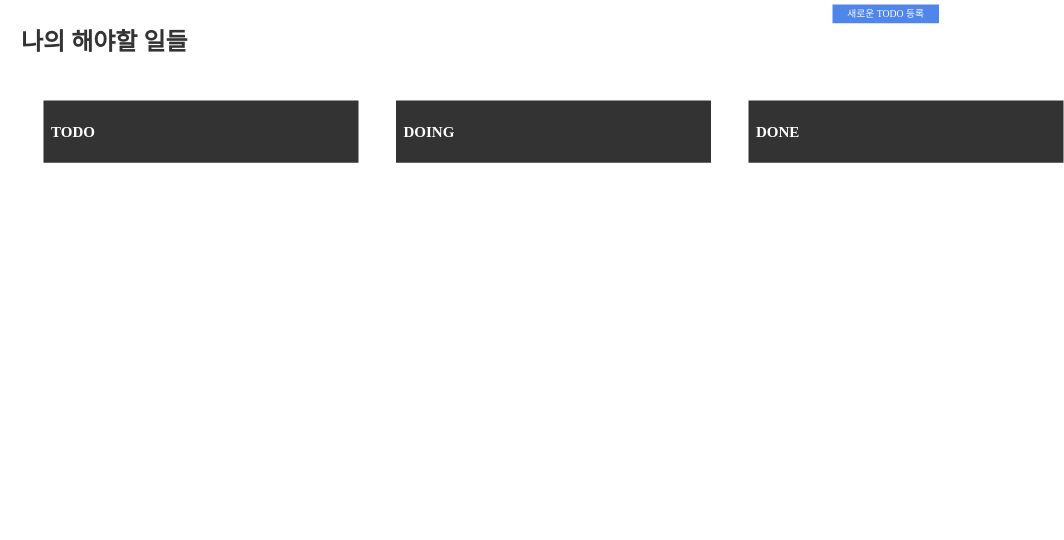
Repository: estellechoi/jsp-project-todo
Page: http://localhost/todo/MainServlet
An editor plug-in stored every save of this project. The page is shown before and after the next save, followed by the edit.
The browser window is 1280 px wide. The page is 1418 px wide, so the pictures cover 1418 px, including what lies to the right of the window. The pictures show the whole page, at 75% of full size.
The page is served by Tomcat 9. Other server files are loaded and not shown. Queries for data that is not in the repository find no rows.

Above is the page before, as saved 2019-12-08 07:39:15.

### todo/src/main/webapp/jsp/main.jsp
<%@page import="kr.co.todo.dto.TodoDto"%>
<%@page import="java.util.List"%>
<%@ page language="java" contentType="text/html; charset=UTF-8"
    pageEncoding="UTF-8"%>
<%@ taglib prefix="c" uri="http://java.sun.com/jsp/jstl/core" %>

<!DOCTYPE html>
<html>
<head>
<meta charset="UTF-8">
<title>나의 해야할 일들</title>
<style>
	section {
		display: flex;
	}

	ul {
		margin-left: 10px;
	}

	li {
		list-style-type: none;
		margin-top: 10px;
	}


	header {
		height: 100px;
		padding: 0px 20px;
	}

	#header_logo {
		color: #333333;
		font-weight: bold;
		float: left;
	}

	#header_btns {
		float: right;
	}

	#btn_skyblue_white {
		background: #5085EB;
		color: white;
		padding: 5px 20px;
		text-decoration: none;
		font-size: 13px;
	}

	.type_columns {
		width: 400px;
		padding: 30px 10px;
		background: #333333;
		color: white;
		font-size: 20px;
		font-weight: bold;
	}

	.content_list {
		position: relative;
		width: 400px;
		padding: 20px 10px;
		background: #d2d2d2;
		color: #333333;
	}

	.title {
		font-weight: bold;
		letter-spacing: 2px;
	}

	.content {
		font-size: 13px;
		margin-top: 20px;
	}
	.btn_update {
		position: absolute;
		top: 50px;
		left: 370px;
		text-decoration: none;
		color: #333333;
		font-weight: bold;
	}
	.btn_delete {
		position: absolute;
		top: 50px;
		left: 370px;
		text-decoration: none;
		color: #ED6653;
		font-weight: bold;
	}

</style>
</head>
<body>
	<header>
		<h1 id="header_logo">나의 해야할 일들</h1>
		<nav id="header_btns">
			<a id="btn_skyblue_white" href="TodoFormServlet">새로운 TODO 등록</a>
		</nav>
	</header>
	<!-- section 시작  -->
	<section>
		<!-- TODO -->
		<ul id="todo">
			<li class="type_columns">TODO</li>
			<c:forEach items="${requestScope.getTodos}" var="todoDto">
				<!-- todoDto.type 이 'TODO' 인 것만 출력 -->
				<c:if test="${todoDto.type eq 'TODO'}">
					<li class="content_list" id="${todoDto.id}">
						<span class="title">${todoDto.title}</span> <br />
						<span class="content">등록날짜 : ${todoDto.regDate}, ${todoDto.name}, 우선순위 ${todoDto.sequence}</span>
						<a class="btn_update" href="javascript:updateType('${todoDto.id}', '${todoDto.type}')">변경</a>
					</li>
				</c:if>
			</c:forEach>
		</ul>
		<!-- DOING -->
		<ul id="doing">
			<li class="type_columns">DOING</li>
			<c:forEach items="${requestScope.getTodos}" var="todoDto">
				<!-- 'DOING' 인 것만 출력 -->
				<c:if test="${todoDto.type eq 'DOING'}">
					<li class="content_list" id="${todoDto.id}">
						<span class="title">${todoDto.title}</span> <br />
						<span class="content">등록날짜 : ${todoDto.regDate}, ${todoDto.name}, 우선순위 ${todoDto.sequence}</span>
						<a class="btn_update" href="javascript:updateType('${todoDto.id}', '${todoDto.type}')">완료</a>
					</li>
				</c:if>
			</c:forEach>
		</ul>
		<!-- DONE -->
		<ul id="done">
			<li class="type_columns">DONE</li>
			<c:forEach items="${requestScope.getTodos}" var="todoDto">
				<!-- 'DONE' 인 것만 -->
				<c:if test="${todoDto.type eq 'DONE'}">
					<li class="content_list" id="${todoDto.id}">
						<span class="title">${todoDto.title}</span> <br />
						<span class="content">등록날짜 : ${todoDto.regDate}, ${todoDto.name}, 우선순위 ${todoDto.sequence}</span>
						<a class="btn_delete" href="javascript:updateType('${todoDto.id}', '${todoDto.type}')">지우기</a>
					</li>
				</c:if>
			</c:forEach>
		</ul>
	</section>
	<!-- js 경로를 찾을 때 ContextPath 넣지 않는 방법은 ? -->
	<script type="text/javascript" src="<%=request.getContextPath()%>/etc/updatelist.js"></script>
</body>
</html>

### todo/src/main/java/kr/co/todo/servlet/MainServlet.java
package kr.co.todo.servlet;

import java.io.IOException;
import java.sql.SQLException;
import java.util.List;

import javax.servlet.RequestDispatcher;
import javax.servlet.ServletException;
import javax.servlet.annotation.WebServlet;
import javax.servlet.http.HttpServlet;
import javax.servlet.http.HttpServletRequest;
import javax.servlet.http.HttpServletResponse;

import kr.co.todo.dao.TodoDao;
import kr.co.todo.dto.TodoDto;

@WebServlet("/MainServlet")
public class MainServlet extends HttpServlet {
	private static final long serialVersionUID = 1L;

	public MainServlet() {
		super();

	}

	protected void doGet(HttpServletRequest request, HttpServletResponse response)
			throws ServletException, IOException {

		TodoDao todoDao = new TodoDao();

		// 모든 레코드 조회
		List<TodoDto> list = todoDao.getTodos();
		request.setAttribute("getTodos", list);

		// main.jsp 로 포워드 하기
		RequestDispatcher requestDispatcher = request.getRequestDispatcher("/jsp/main.jsp");
		requestDispatcher.forward(request, response);

	}

}

### todo/src/main/java/kr/co/todo/dao/TodoDao.java
package kr.co.todo.dao;

import java.sql.Connection;
import java.sql.DriverManager;
import java.sql.PreparedStatement;
import java.sql.ResultSet;
import java.sql.SQLException;
import java.sql.Statement;
import java.util.ArrayList;
import java.util.List;

import kr.co.todo.dto.TodoDto;

public class TodoDao {

	String dbUrl = "jdbc:mysql://localhost:3306/youjin?useSSL=false&serverTimezone=UTC&autoReconnection=true";
	String dbUser = "estellechoi";
	String dbPwd = "yk0425";

	// Main.jsp 에 표시될 전체 toto 목록
	public List<TodoDto> getTodos() {

		// 드라이버 로드
		try {
			Class.forName("com.mysql.cj.jdbc.Driver");
		} catch (ClassNotFoundException e) {
			e.printStackTrace();
		}

		List<TodoDto> list = new ArrayList<TodoDto>();

		String sql = "select id, name, regdate, sequence, title, type from todo";

		try (Connection conn = DriverManager.getConnection(dbUrl, dbUser, dbPwd);
				Statement stmt = conn.createStatement()){

			try (ResultSet rs = stmt.executeQuery(sql)) {
				while (rs.next()) {
					TodoDto todoDto = new TodoDto(rs.getInt("id"), rs.getString("name"), rs.getString("regdate"), rs.getInt("sequence"), rs.getString("title"), rs.getString("type"));
					list.add(todoDto);
				}
			}
			catch (Exception e) {
				e.printStackTrace();
			}
		}
		catch (Exception e) {
			e.printStackTrace();
		}

		return list;
	}

	// 할 일 등록
	public int addTodo(TodoDto todoDto) {

		try {
			Class.forName("com.mysql.cj.jdbc.Driver");
		} catch (ClassNotFoundException e) {
			e.printStackTrace();
		}

		int insertCount = 0;
		String sql = "insert into todo(title, name, sequence, regdate) values(?,?,?, now())";

		try (Connection conn = DriverManager.getConnection(dbUrl, dbUser, dbPwd);
			PreparedStatement pstmt = conn.prepareStatement(sql)) {
				pstmt.setString(1, todoDto.getTitle());
				pstmt.setString(2, todoDto.getName());
				pstmt.setInt(3, todoDto.getSequence());
				insertCount = pstmt.executeUpdate(); // CREATE / DROP 관련 구문에서는 -1 을 반환
		}
		// what about nullpointerexception ?
		catch (SQLException e) {
			e.printStackTrace();
		}

		return insertCount;
	}

	public int updateTodo(TodoDto todoDto) {

		try {
			Class.forName("com.mysql.cj.jdbc.Driver");
		} catch (ClassNotFoundException e) {
			e.printStackTrace();
		}

		int updateCount = 0;
		String sql = "update todo set type = ? where id = ?";

		try (Connection conn = DriverManager.getConnection(dbUrl, dbUser, dbPwd);
				PreparedStatement pstmt = conn.prepareStatement(sql)){
			pstmt.setString(1, todoDto.getType());
			pstmt.setLong(2, todoDto.getId());
			updateCount = pstmt.executeUpdate();
		} catch (SQLException e) {
			e.printStackTrace();
		}

		return updateCount;
	}

	public int deleteTodo(long id) {
		try {
			Class.forName("com.mysql.cj.jdbc.Driver");
		} catch (ClassNotFoundException e) {
			e.printStackTrace();
		}

		int deleteCount =0;
		String sql = "delete from todo where id = " + id;

		try (Connection conn = DriverManager.getConnection(dbUrl, dbUser, dbPwd);
				Statement stmt = conn.createStatement()){
			deleteCount = stmt.executeUpdate(sql);
		}
		catch (SQLException e) {
			e.printStackTrace();
		}

		return deleteCount;
	}
}

### todo/src/main/webapp/etc/updatelist.js
/**
 *
 */

	function updateType(id, type) {

		var oReq = new XMLHttpRequest(); // oReq.UNSENT == 0

		// 이벤트 리스너 콜백함수 등록
		/*
		oReq.addEventListener("load", function() {
			if (this.responseText == "success") {
				// 프론트 처리
			}
		});
		*/

		// onreadystatechange 대신에 onload를 사용해도 됩니다. 요청 완료만 잡아내도 된다면요.
		oReq.onreadystatechange = function() {
			if (oReq.readyState == oReq.DONE) { // 요청이 완료되면 (oReq.DONE == 4)
				if (oReq.status == 200 || oReq.status == 201) {
					if (oReq.responseText == "success") {
						// responseText : 현재까지 읽은 응답의 전체 값을 반환
						// 프론트 처리
						alert(oReq.responseText);
						// 리스트 재정렬 함수 호출
						updateList(id, type);
					}
				}
				else {
					console.error(this.responseText);
				}
			}
		}

		oReq.open("GET", "TodoTypeServlet?id=" + id + "&type=" + type); // oReq.OPENED == 1
		oReq.send(); // oReq.HEADERS_RECEIVED (2) -> LOADING (3) -> DONE (4)
	}

	function updateList(id, type) {
		const targetList = document.getElementById(id);

		switch(type) {
		case "TODO" :
			document.querySelector("#todo").removeChild(targetList);
			document.querySelector("#doing").append(targetList);
			break;
		case "DOING" :
			document.querySelector("#doing").removeChild(targetList);
			document.querySelector("#done").append(targetList);
			break;
		case "DONE" :
			document.querySelector("#done").removeChild(targetList);
			break;
		default:
			break;

		}
	}

After the next save:
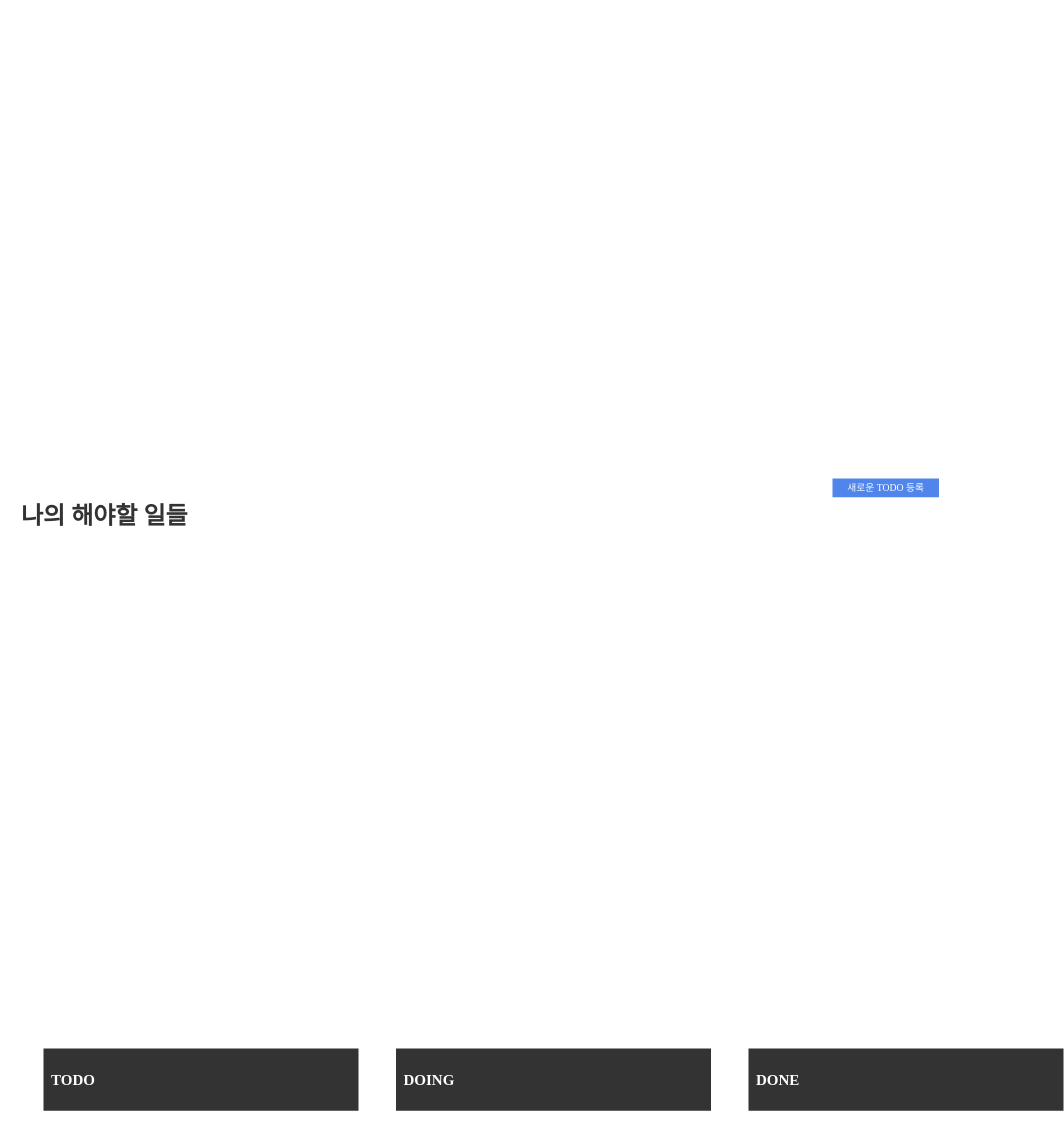
Saved 38 s later.
--- a/todo/src/main/webapp/jsp/main.jsp
+++ b/todo/src/main/webapp/jsp/main.jsp
@@ -26,7 +26,7 @@
 
 	header {
 		height: 100px;
-		padding: 0px 20px;
+		padding: 50% 20px;
 	}
 
 	#header_logo {

After the save that followed:
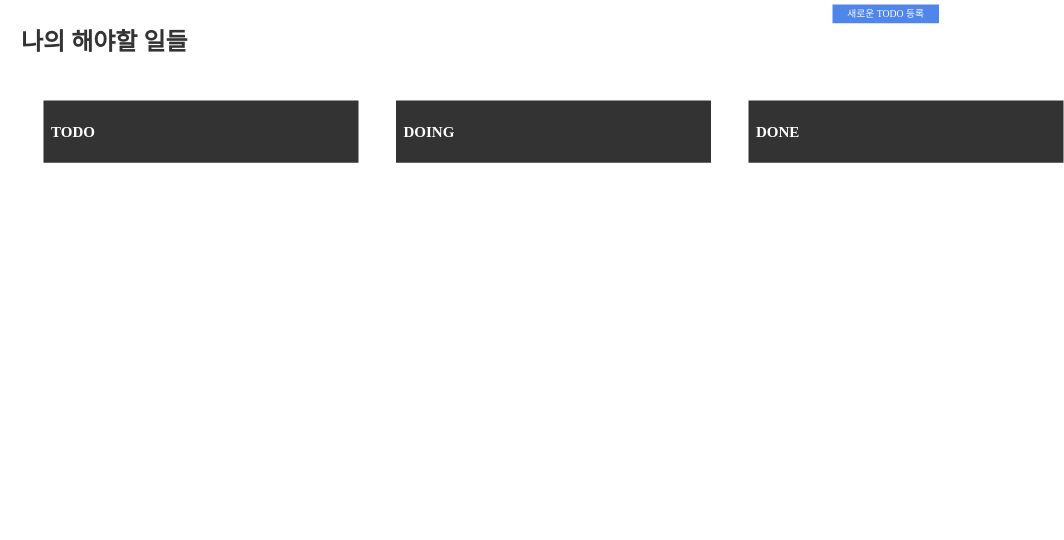
Saved 9 s later.
--- a/todo/src/main/webapp/jsp/main.jsp
+++ b/todo/src/main/webapp/jsp/main.jsp
@@ -26,7 +26,7 @@
 
 	header {
 		height: 100px;
-		padding: 50% 20px;
+		padding: 0px 20px;
 	}
 
 	#header_logo {
